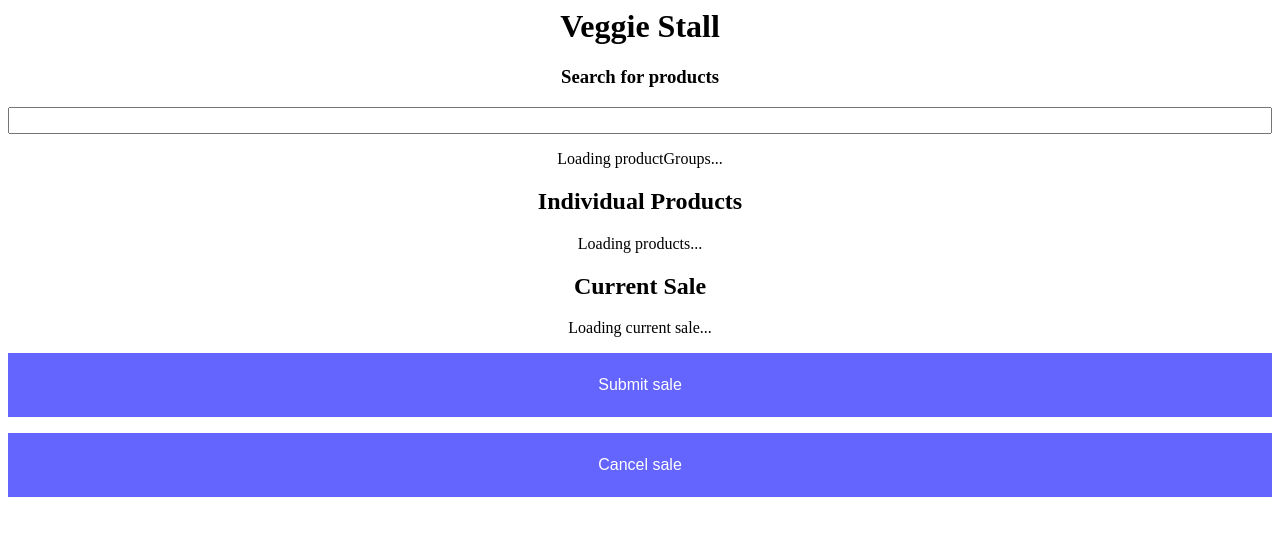
Repository: Keristero/SDV701-Assignment
Page: SDV701-Assignment/mobile-client/client/sale.html
The author's editor kept a record of every edit. The page is drawn from the files as they stood at one moment, then again after the next edit.
The browser window is 1280 px wide. The pictures show the whole page.
The page's requests for data from a server got no answer.

Above is the page before.
Console error (its wording comes from the project's code and is left out).

After the next edit:
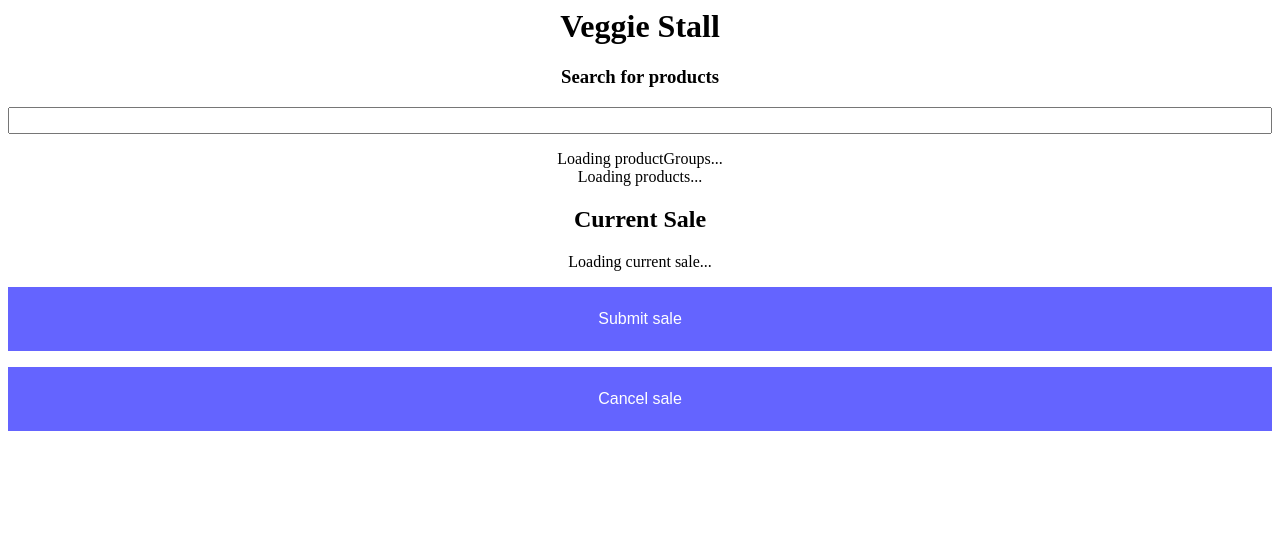
The edit:
--- a/SDV701-Assignment/mobile-client/client/sale.html
+++ b/SDV701-Assignment/mobile-client/client/sale.html
@@ -54,7 +54,6 @@
         <div id="div_productGroups">
             Loading productGroups...
         </div>
-        <h2>Individual Products</h2>
         <div id="div_products">
             Loading products...
         </div>
